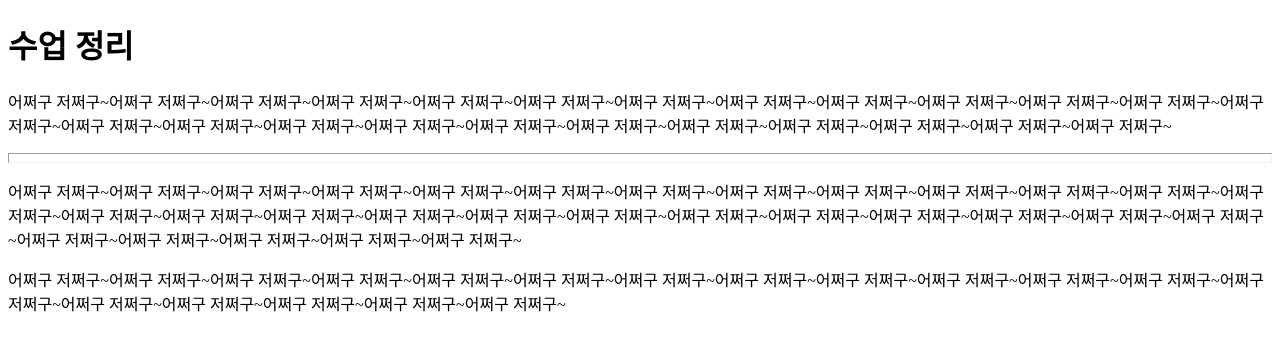
Repository: chanjin5212/Full-Stack-study
Page: client/ClientTest/src/main/webapp/html/ex08_hr.html
The author's editor kept a copy of each file at every save. The page is drawn from the files as they stood at one save, then again after the next save.
The browser window is 1280 px wide. The pictures show the whole page.

Above is the page before, as saved 2022-05-24 00:27:16.

### client/ClientTest/src/main/webapp/html/ex08_hr.html
<!DOCTYPE html>
<html>
<head>
<meta charset="UTF-8">
<title>Insert title here</title>
</head>
<body>
	<!-- ex08_hr.html -->

	<!--

		<hr>, Horizontal Rule
		- 수평바, 구분자
		- 문단과 문단을 구분하는 역할
		- 콘텐츠와 콘텐츠와 구분하는 역할
		- 단독태그


		<hr> 속성
		1. size: 선의 두께
		2. width: 선의 너비(픽셀-절대크기, %-상대크기)
		3. align: 수평 정렬


		HTML 속성 유형
		1. 숫자(단위 없음)
			a. 픽셀(px) > 화소 > 화상(이미지)을 구성하는 최소 단위 > 단일 색상을 가지는 점 1개 1920 x 1080
			b. 글자수
		2. 숫자(단위: %)
			- 100%의 기준이 누구인지?
			- 부모 태그 영역을 100으로 하는 상대 단위




	-->

	<h1>수업 정리</h1>
	<p>어쩌구 저쩌구~어쩌구 저쩌구~어쩌구 저쩌구~어쩌구 저쩌구~어쩌구 저쩌구~어쩌구 저쩌구~어쩌구 저쩌구~어쩌구 저쩌구~어쩌구 저쩌구~어쩌구 저쩌구~어쩌구 저쩌구~어쩌구 저쩌구~어쩌구 저쩌구~어쩌구 저쩌구~어쩌구 저쩌구~어쩌구 저쩌구~어쩌구 저쩌구~어쩌구 저쩌구~어쩌구 저쩌구~어쩌구 저쩌구~어쩌구 저쩌구~어쩌구 저쩌구~어쩌구 저쩌구~어쩌구 저쩌구~</p>

	<hr size="10" align="left">

	<p>어쩌구 저쩌구~어쩌구 저쩌구~어쩌구 저쩌구~어쩌구 저쩌구~어쩌구 저쩌구~어쩌구 저쩌구~어쩌구 저쩌구~어쩌구 저쩌구~어쩌구 저쩌구~어쩌구 저쩌구~어쩌구 저쩌구~어쩌구 저쩌구~어쩌구 저쩌구~어쩌구 저쩌구~어쩌구 저쩌구~어쩌구 저쩌구~어쩌구 저쩌구~어쩌구 저쩌구~어쩌구 저쩌구~어쩌구 저쩌구~어쩌구 저쩌구~어쩌구 저쩌구~어쩌구 저쩌구~어쩌구 저쩌구~어쩌구 저쩌구~어쩌구 저쩌구~어쩌구 저쩌구~어쩌구 저쩌구~어쩌구 저쩌구~어쩌구 저쩌구~</p>
	<p>어쩌구 저쩌구~어쩌구 저쩌구~어쩌구 저쩌구~어쩌구 저쩌구~어쩌구 저쩌구~어쩌구 저쩌구~어쩌구 저쩌구~어쩌구 저쩌구~어쩌구 저쩌구~어쩌구 저쩌구~어쩌구 저쩌구~어쩌구 저쩌구~어쩌구 저쩌구~어쩌구 저쩌구~어쩌구 저쩌구~어쩌구 저쩌구~어쩌구 저쩌구~어쩌구 저쩌구~</p>

</body>
</html>

After the next save:
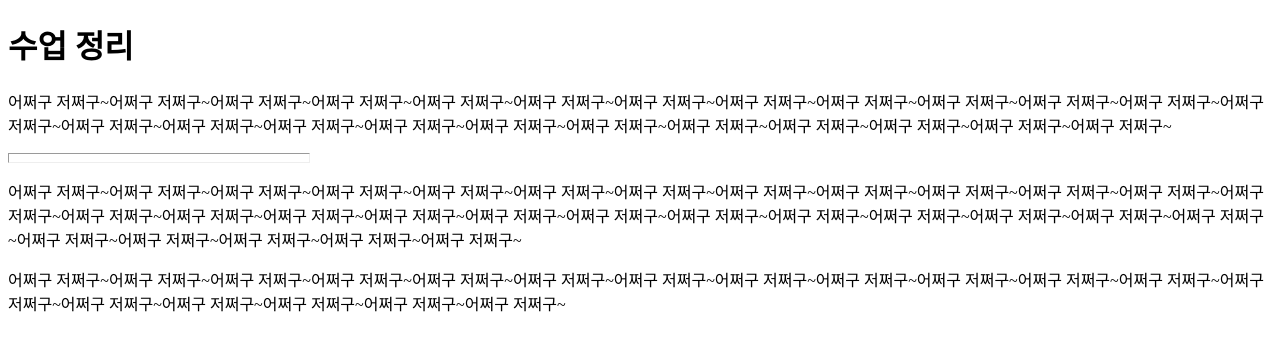
Saved 58 s later.
--- a/client/ClientTest/src/main/webapp/html/ex08_hr.html
+++ b/client/ClientTest/src/main/webapp/html/ex08_hr.html
@@ -38,7 +38,7 @@
 	<h1>수업 정리</h1>
 	<p>어쩌구 저쩌구~어쩌구 저쩌구~어쩌구 저쩌구~어쩌구 저쩌구~어쩌구 저쩌구~어쩌구 저쩌구~어쩌구 저쩌구~어쩌구 저쩌구~어쩌구 저쩌구~어쩌구 저쩌구~어쩌구 저쩌구~어쩌구 저쩌구~어쩌구 저쩌구~어쩌구 저쩌구~어쩌구 저쩌구~어쩌구 저쩌구~어쩌구 저쩌구~어쩌구 저쩌구~어쩌구 저쩌구~어쩌구 저쩌구~어쩌구 저쩌구~어쩌구 저쩌구~어쩌구 저쩌구~어쩌구 저쩌구~</p>
 
-	<hr size="10" align="left">
+	<hr size="10" width="300" align="left">
 
 	<p>어쩌구 저쩌구~어쩌구 저쩌구~어쩌구 저쩌구~어쩌구 저쩌구~어쩌구 저쩌구~어쩌구 저쩌구~어쩌구 저쩌구~어쩌구 저쩌구~어쩌구 저쩌구~어쩌구 저쩌구~어쩌구 저쩌구~어쩌구 저쩌구~어쩌구 저쩌구~어쩌구 저쩌구~어쩌구 저쩌구~어쩌구 저쩌구~어쩌구 저쩌구~어쩌구 저쩌구~어쩌구 저쩌구~어쩌구 저쩌구~어쩌구 저쩌구~어쩌구 저쩌구~어쩌구 저쩌구~어쩌구 저쩌구~어쩌구 저쩌구~어쩌구 저쩌구~어쩌구 저쩌구~어쩌구 저쩌구~어쩌구 저쩌구~어쩌구 저쩌구~</p>
 	<p>어쩌구 저쩌구~어쩌구 저쩌구~어쩌구 저쩌구~어쩌구 저쩌구~어쩌구 저쩌구~어쩌구 저쩌구~어쩌구 저쩌구~어쩌구 저쩌구~어쩌구 저쩌구~어쩌구 저쩌구~어쩌구 저쩌구~어쩌구 저쩌구~어쩌구 저쩌구~어쩌구 저쩌구~어쩌구 저쩌구~어쩌구 저쩌구~어쩌구 저쩌구~어쩌구 저쩌구~</p>
